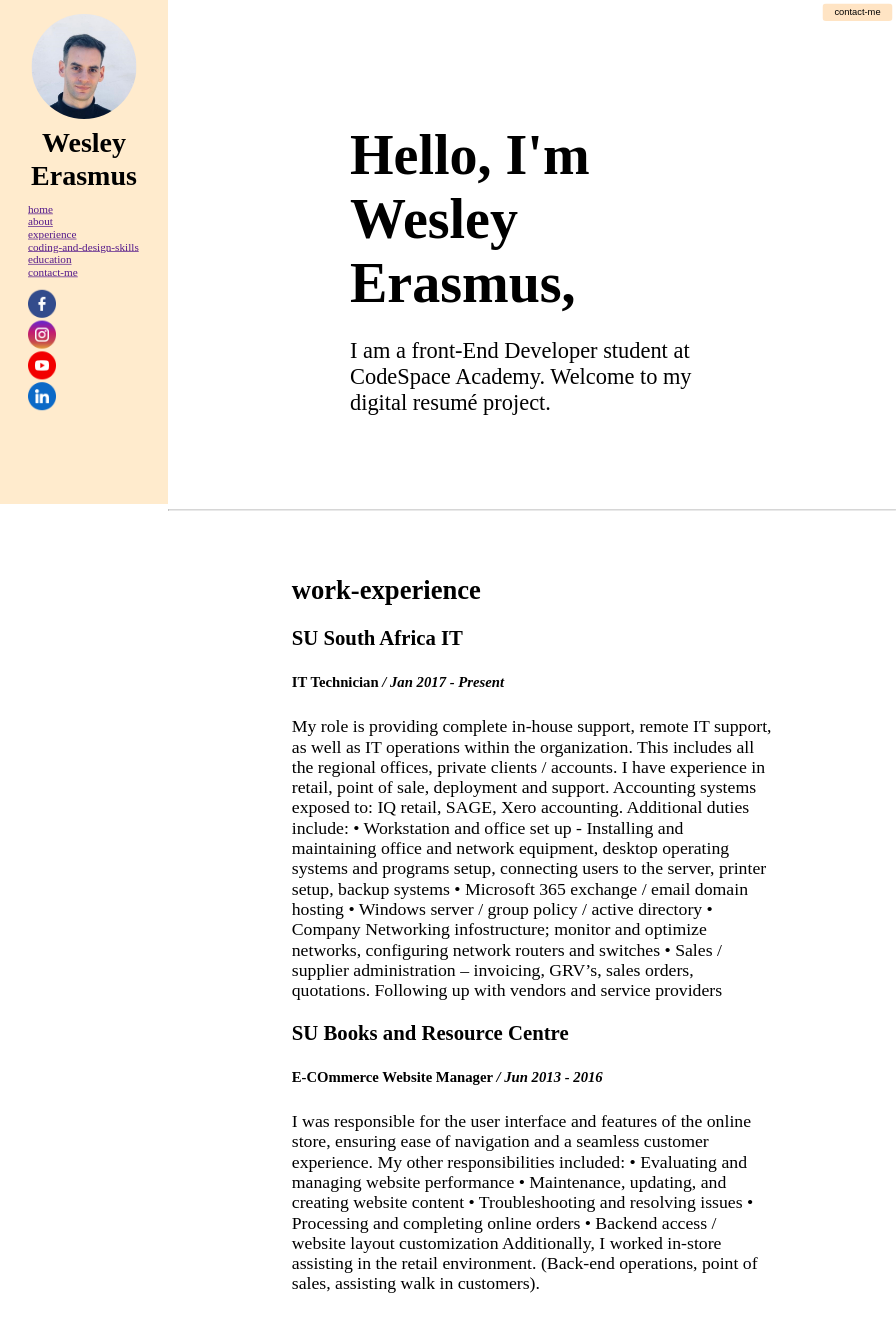
Repository: WesleyErasmus/MyDigitalResume-5
Page: index.html
These files come from the project's save history. The page is drawn as it stood at one moment and after the next save; the edit follows.
The browser window is 1280 px wide. The pictures show the part of the page from y = 0 to 1920 px (the page is 2928 px tall), at 70% of full size.

Above is the page before, as saved 2022-02-25 20:54:34.

### index.html
<!DOCTYPE html>
<html lang="en">

<head>
    <meta charset="UTF-8">
    <meta http-equiv="X-UA-Compatible" content="IE=edge">
    <meta name="viewport" content="width=device-width, initial-scale=1.0">
    <title>Wesley Erasmus Digital Resume 5</title>
    <link rel="stylesheet" href="stylesheet.css">
</head>

<body>
    <!-- look into using use hr tag -->
    <header>
        <span>
            <button id="contact-me-btn">contact-me</button>
        </span>
    </header>
    <nav>
        <img id="headshot" src="images/headshot.jpeg" alt="headshot">
        <h1 id="full-name">Wesley Erasmus</h1>
        <ul class="nav-btns">
            <li><a href="">home</a></li>
            <li><a href="">about</a></li>
            <li><a href="">experience</a></li>
            <li><a href="">coding-and-design-skills</a></li>
            <li><a href="">education</a></li>
            <li><a href="">contact-me</a></li>
        </ul>
        <ul class="social-media-links">
            <li><a href="https://www.facebook.com/codespaceza" target="_blank"><img src="/icons/facebook.png"
                        alt="Facebook" width="40px" height="40px"></a></li>
            <li><a href="https://www.instagram.com/codespaceza/" target="_blank"><img src="icons/instagram.png"
                        alt="Instagram" width="40px" height="40px"></a></li>
            <li><a href="https://www.youtube.com/channel/UCfmXJliguiwBv2QlRzWdrxA" target="_blank"><img
                        src="icons/youtube.png" alt="YouTube" width="40px" height="40px"></a></li>
            <li><a href="https://www.linkedin.com/school/codespaceza/" target="_blank"><img src="icons/linkedin.png"
                        alt="LinkedIn" width="40px" height="40px"></a></li>
        </ul>
    </nav>
    <main>
        <article class="about-me">
            <h1 id="hello">Hello, I'm Wesley Erasmus,</h1>
                    <p>I am a front-End Developer student at CodeSpace Academy. Welcome to my digital resumé project.</p>
        </article>
        <hr>
        <article class="job-experience">
            <h1>work-experience</h1>
            <h3>SU South Africa IT</h3>
            <h5>IT Technician <em>/ Jan 2017 - Present</em></h5>
            <p>My role is providing complete in-house support, remote IT support, as well as IT operations within the
                organization. This includes all the regional offices, private clients / accounts. I have experience in
                retail, point of sale, deployment and support. Accounting systems exposed to: IQ retail, SAGE, Xero
                accounting. Additional duties include:
                • Workstation and office set up - Installing and maintaining office and network equipment, desktop
                operating systems and programs setup, connecting users to the server, printer setup, backup systems
                • Microsoft 365 exchange / email domain hosting
                • Windows server / group policy / active directory
                • Company Networking infostructure; monitor and optimize networks, configuring network routers and
                switches
                • Sales / supplier administration – invoicing, GRV’s, sales orders, quotations. Following up with
                vendors and service providers</p>
            <h3>SU Books and Resource Centre</h3>
            <h5>E-COmmerce Website Manager <em>/ Jun 2013 - 2016</em></h5>
            <p>I was responsible for the user interface and features of the online store, ensuring ease of navigation and a seamless customer experience. My other responsibilities included:
                • Evaluating and managing website performance
                • Maintenance, updating, and creating website content
                • Troubleshooting and resolving issues
                • Processing and completing online orders
                • Backend access / website layout customization
                Additionally, I worked in-store assisting in the retail environment. (Back-end operations, point of sales, assisting walk in customers).</p>
        </article>
        <article class="coding-and-design-skills">
            <h1>my-coding-and-design-skills</h1>
            <ul>
                <li>HTML</li>
                <li>CSS</li>
                <li>Bootstrap</li>
                <li>Typography</li>
                <li>GitHub / Git / Version Control</li>
                <li>Wireframing</li>
                <li>UX design & UI design</li>
                <li>Figma / Adobe XD</li>
            </ul>
        </article>
        <hr>
        <article class="education">
            <h1>education</h1>
            <ul>
                <li><h3>CodeSpace Academy</h3><p>web-design</p></li>
                <li><h3>UNISA</h3><p>marketing-management</p></li>
            </ul>
        </article>
        <article>
            about me - use linkedin profile
        </article>
    </main>
    <footer>
        <h3>my-contact-details</h3>
        <div class="footer-contact-details">email</div>
        <div class="footer-contact-details">whatsApp</div>
        <div class="footer-contact-details">linkedIn</div>



        <ul class="social-media-links">
            <li><a href="https://www.facebook.com/codespaceza" target="_blank"><img src="/icons/facebook.png"
                        alt="Facebook" width="40px" height="40px"></a></li>
            <li><a href="https://www.instagram.com/codespaceza/" target="_blank"><img src="icons/instagram.png"
                        alt="Instagram" width="40px" height="40px"></a></li>
            <li><a href="https://www.youtube.com/channel/UCfmXJliguiwBv2QlRzWdrxA" target="_blank"><img
                        src="icons/youtube.png" alt="YouTube" width="40px" height="40px"></a></li>
            <li><a href="https://www.linkedin.com/school/codespaceza/" target="_blank"><img src="icons/linkedin.png"
                        alt="LinkedIn" width="40px" height="40px"></a></li>
        </ul>
    </footer>

</body>

</html>

### stylesheet.css
* {
    box-sizing: border-box;
    list-style-type: none;
}
body {
    margin: 0 0 0 240px;
    padding: 0;
}
header {
    text-align: center;
}
#headshot {
    width: 150px;
    border-radius: 50%;
    display: block;
    margin: 0 auto;
    margin-top: 20px;
    padding: 0;
    /* margin-left: auto;
    margin-right: auto; */
}
h1#full-name {
    text-align: center;
    font-size: 40px;
    padding: 0px;
    margin: 10px 0 0 0;
}
button#contact-me-btn {
    position: fixed;
    float: right;
    right: 0;
    z-index: 1;
    background-color: bisque;
    width: 100px;
    height: 25px;
    margin: 5px 5px 20px;
    border-radius: 5px;
    border: none;
}
nav {
    background-color: blanchedalmond;
    float: left;
    position: fixed;
    left: 0;
    overflow-y: auto;
    overflow-x: hidden;
    height: 100vh;
    min-height: 100vh;
    top: 0;
    width: 240px;
    z-index: 1;
}
main {
    /* background-color: blueviolet; */
    position: relative;
    display: block;
    width: 100%;
}
#hello {
    font-size: 5rem;
    margin: 0;
}
article.about-me {
    /* background-color: aquamarine; */
    height: 100vh;
    font-size: 2rem;
    padding:17% 25%;

}
article.job-experience {
    /* background-color:brown; */
    font-size: 19pt;
    padding: 50px 17% 50px 17%;
}
article.coding-and-design-skills{
    background-color:green;
    font-size: 19pt;
    padding: 50px 17% 50px 17%;
}
article.education {
    background-color:red;
    overflow-x: hidden;
}
.footer-contact-details {
    display: inline;
}

After the next save:
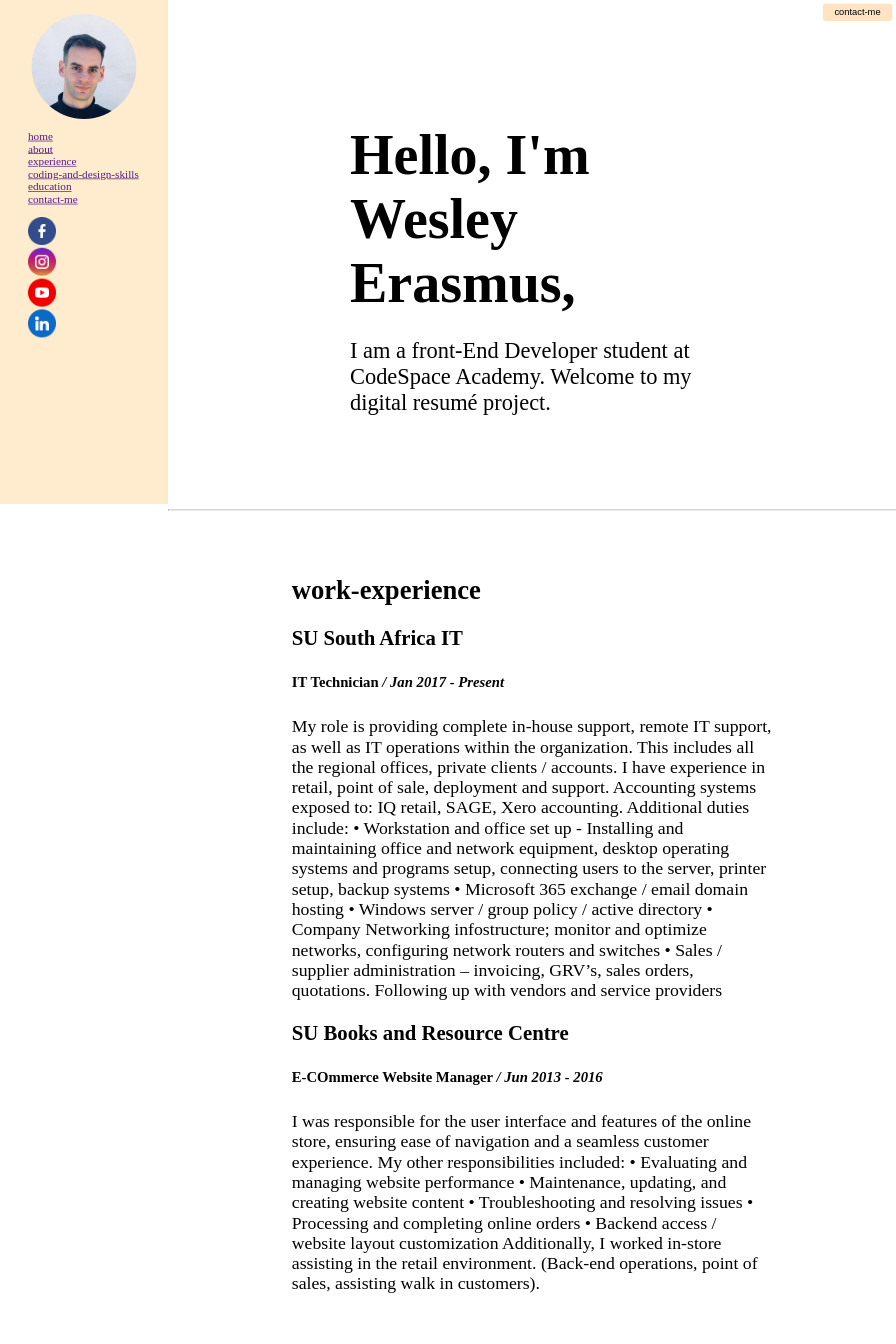
Saved 18 s later.
--- a/index.html
+++ b/index.html
@@ -18,7 +18,6 @@
     </header>
     <nav>
         <img id="headshot" src="images/headshot.jpeg" alt="headshot">
-        <h1 id="full-name">Wesley Erasmus</h1>
         <ul class="nav-btns">
             <li><a href="">home</a></li>
             <li><a href="">about</a></li>
